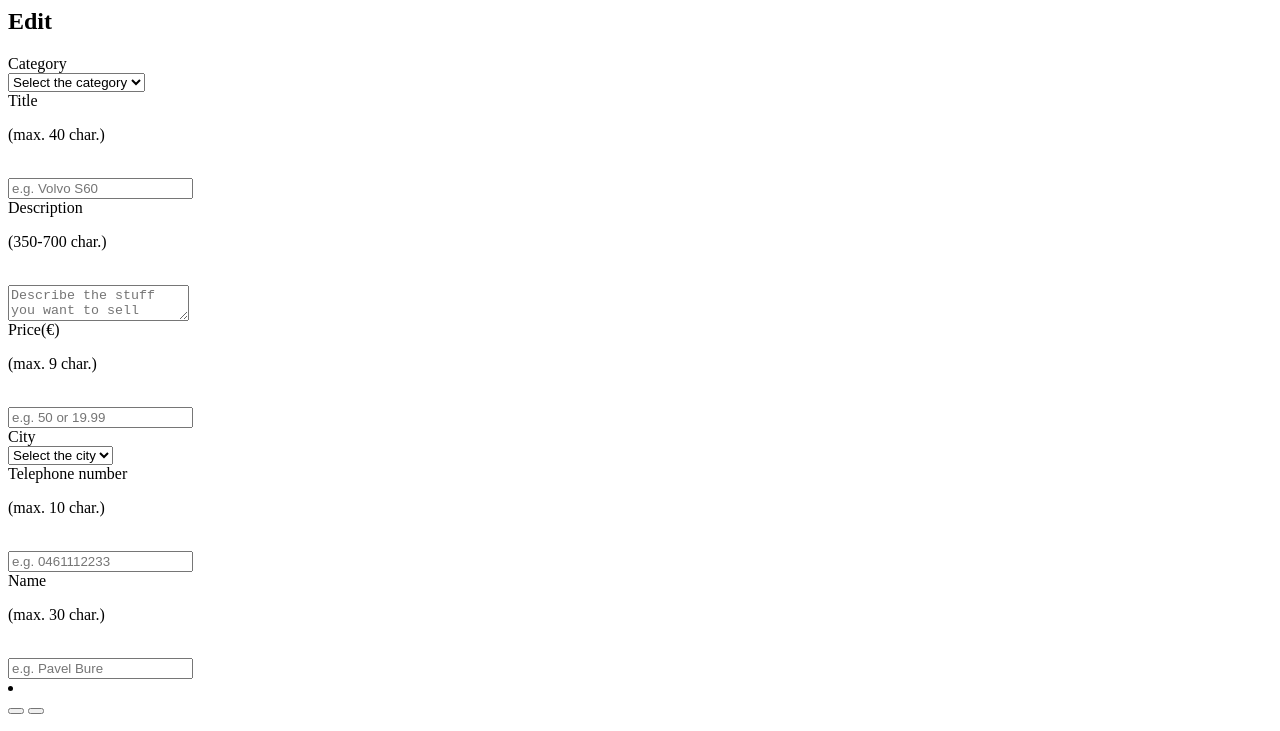
Repository: aidarm/Tori_II
Page: public/js/app/views/edit.html
The author's editor kept a record of every edit. The page is drawn from the files as they stood at one moment, then again after the next edit.
The browser window is 1280 px wide. The pictures show the whole page.

Above is the page before.

### public/js/app/views/edit.html
<form class="editForm" data-ng-submit="submitForm()">
    <h2>Edit</h2>
    <div class="formCategory">
        <label>Category</label><br />
        <select data-ng-model="form.category">
            <option value="" selected>Select the category</option>
            <option value="cars">Cars</option>
            <option value="houses">Houses</option>
        </select><br />
    </div>
    <label>Title</label><p> (max. 40 char.)</p><br />
    <input type="text" class="formTitle" placeholder="e.g. Volvo S60" data-ng-model="form.title" maxlength="40" /><br />
    <label>Description</label><p> (350-700 char.)</p><br />
    <textarea class="formDescription" placeholder="Describe the stuff you want to sell" data-ng-model="form.description" maxlength="700" value="item.description"></textarea><br />
    <div class="formPrice">
        <label>Price(&euro;)</label><p> (max. 9 char.)</p><br />
        <input type="text" placeholder="e.g. 50 or 19.99" data-ng-model="form.price" maxlength="10" /><br />
    </div>
    <div class="contact_information">
        <div class="formCity">
            <label>City</label><br />
            <select data-ng-model="form.city">
                <option value="" selected>Select the city</option>
                <option value="Helsinki">Helsinki</option>
                <option value="Turku">Turku</option>
            </select><br />
            <label>Telephone number</label><p> (max. 10 char.)</p><br />
            <input type="text" class="formPhone" placeholder="e.g. 0461112233" data-ng-model="form.phone" maxlength="10" /><br />
        </div>
        <label>Name</label><p> (max. 30 char.)</p><br />
        <input type="text" class="formTitle" placeholder="e.g. Pavel Bure" data-ng-model="form.name" maxlength="30" /><br />
    </div>
    <flex-slider slide="img in form.img">
        <li>
            <img data-ng-src="{{ img }}">
        </li>
    </flex-slider>
    <div class="formButton">
        <button type="submit" data-icon="&#xe60a;" data-ng-click="send()"></button>
        <button type="submit" data-icon="&#xe609;" data-ng-click="cancel()"></button>
    </div>
</form>

After the next edit:
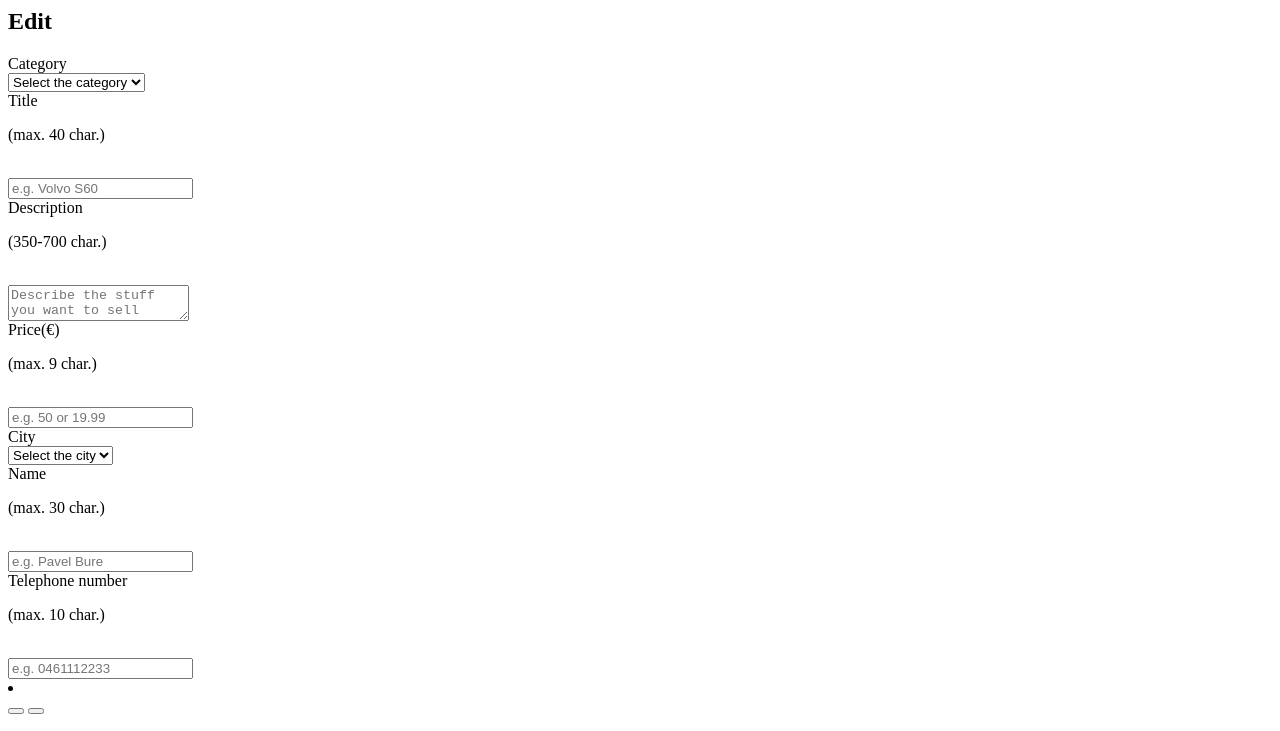
The edit:
--- a/public/js/app/views/edit.html
+++ b/public/js/app/views/edit.html
@@ -17,18 +17,21 @@
         <input type="text" placeholder="e.g. 50 or 19.99" data-ng-model="form.price" maxlength="10" /><br />
     </div>
     <div class="contact_information">
-        <div class="formCity">
-            <label>City</label><br />
-            <select data-ng-model="form.city">
+
+        <div class="formCategory">
+            <label>City</label><br/>
+            <select data-ng-model="form.city" required>
                 <option value="" selected>Select the city</option>
                 <option value="Helsinki">Helsinki</option>
                 <option value="Turku">Turku</option>
-            </select><br />
-            <label>Telephone number</label><p> (max. 10 char.)</p><br />
-            <input type="text" class="formPhone" placeholder="e.g. 0461112233" data-ng-model="form.phone" maxlength="10" /><br />
+            </select><br/>
         </div>
-        <label>Name</label><p> (max. 30 char.)</p><br />
-        <input type="text" class="formTitle" placeholder="e.g. Pavel Bure" data-ng-model="form.name" maxlength="30" /><br />
+
+        <label>Name</label><p> (max. 30 char.)</p><br/>
+        <input type="text" class="formTitle" placeholder="e.g. Pavel Bure" data-ng-model="form.name" maxlength="30"/ required><br/>
+        <label>Telephone number</label><p> (max. 10 char.)</p><br/>
+        <input type="text" class="formTitle" placeholder="e.g. 0461112233" data-ng-model="form.phone" maxlength="10" required/><br/>
+
     </div>
     <flex-slider slide="img in form.img">
         <li>
